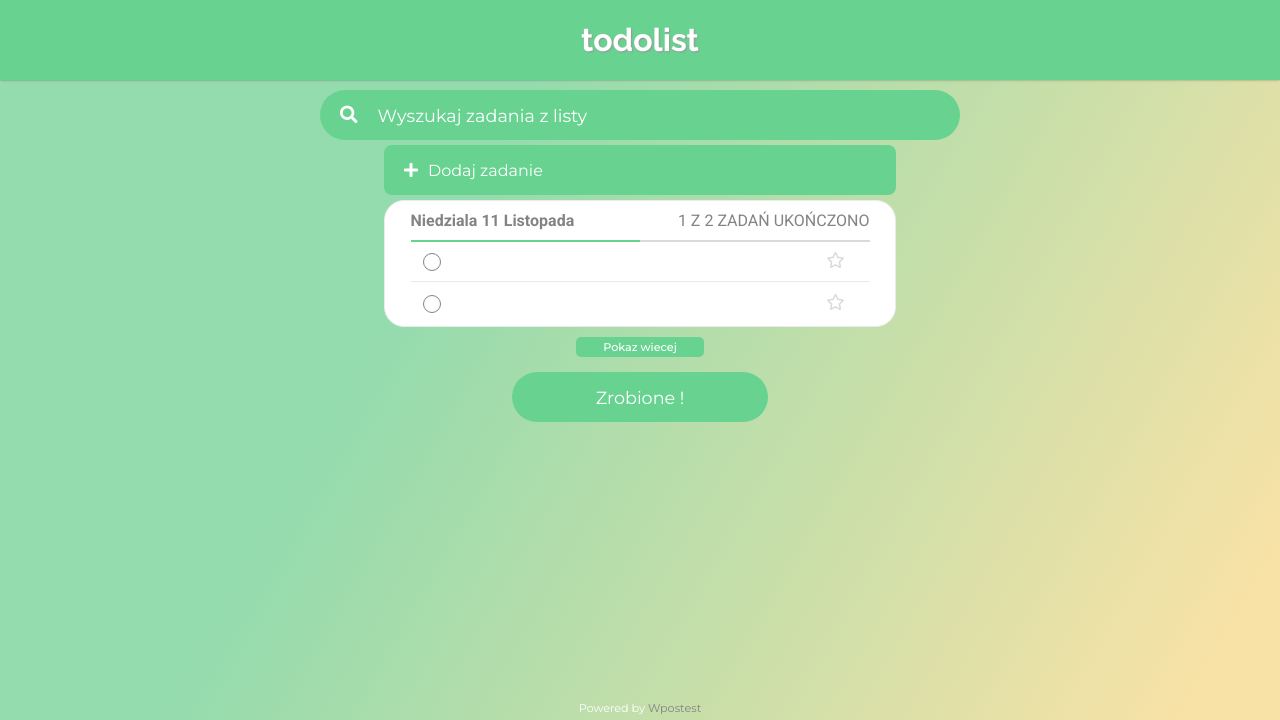
Repository: Wpostest/todolist
Page: src/index.html
These files come from the project's save history. The page is drawn as it stood at one moment and after the next save; the edit follows.
The browser window is 1280 px wide. The pictures show the whole page.
Some web libraries are served in a nearby version. The style sheet was rebuilt from its Sass, Less or Tailwind sources for each picture, by a compiler version that may differ from the author's.

Above is the page before, as saved 2020-01-29 16:44:00.

After the next save:
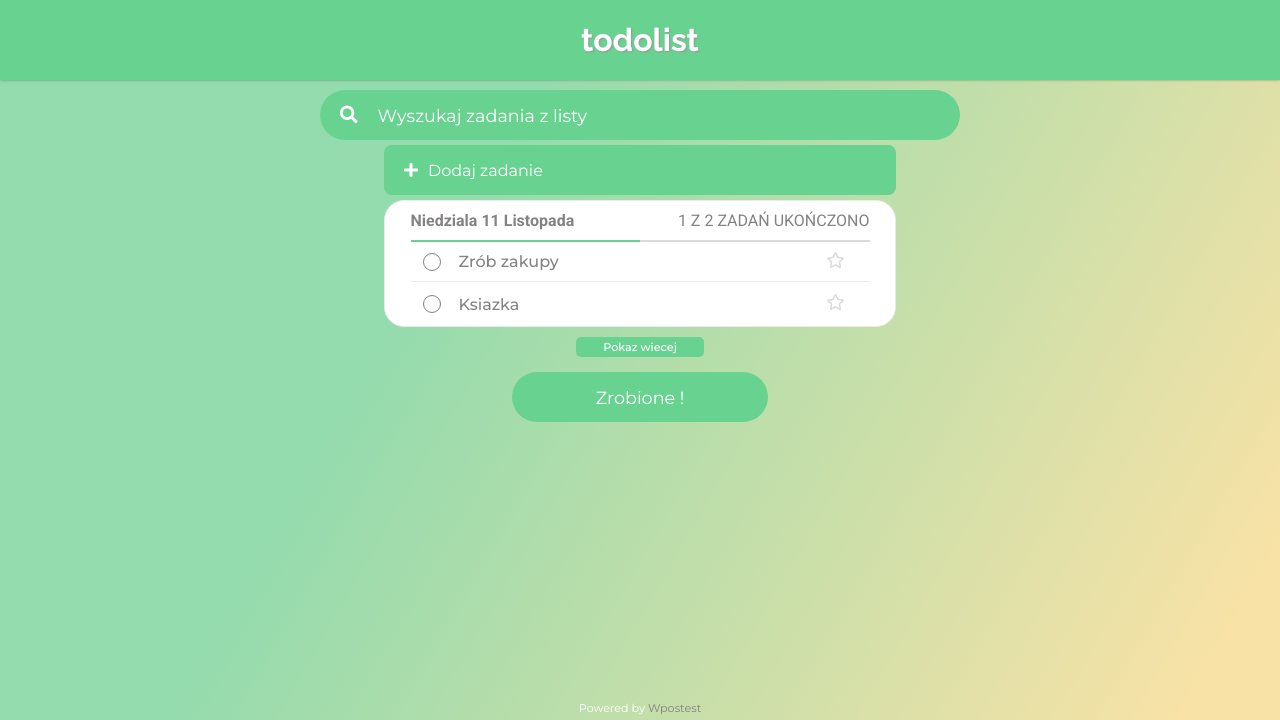
Saved 15 s later.
--- a/src/index.html
+++ b/src/index.html
@@ -36,14 +36,15 @@
             </div>
             <li class="todolist__task">
                 <input type="checkbox" class="todolist__checkbox-done">
-                <label for="todolist__checkbox-done" class="checbox-done_background_animation">Zrob zakupy</label>
+                <span>Zrób zakupy</span>
                 <input type="checkbox" class="todolist__checkbox-star">
                 <div class="checbox-done_background_animation"></div>
             </li>
             <li class="todolist__task">
-                    <input type="checkbox" class="todolist__checkbox-done" id="todolist__checkbox-done">
-                    <label for="todolist__checkbox-done" class="checbox-done_background_animation">Ksiazka</label>
+                    <input type="checkbox" class="todolist__checkbox-done">
+                    <span>Ksiazka</span>
                     <input type="checkbox" class="todolist__checkbox-star">
+                    <div class="checbox-done_background_animation"></div>
                 </li>
             <!--<li>TEXT<input type="checkbox"><button>star-icon</button></li>-->
             <!--
